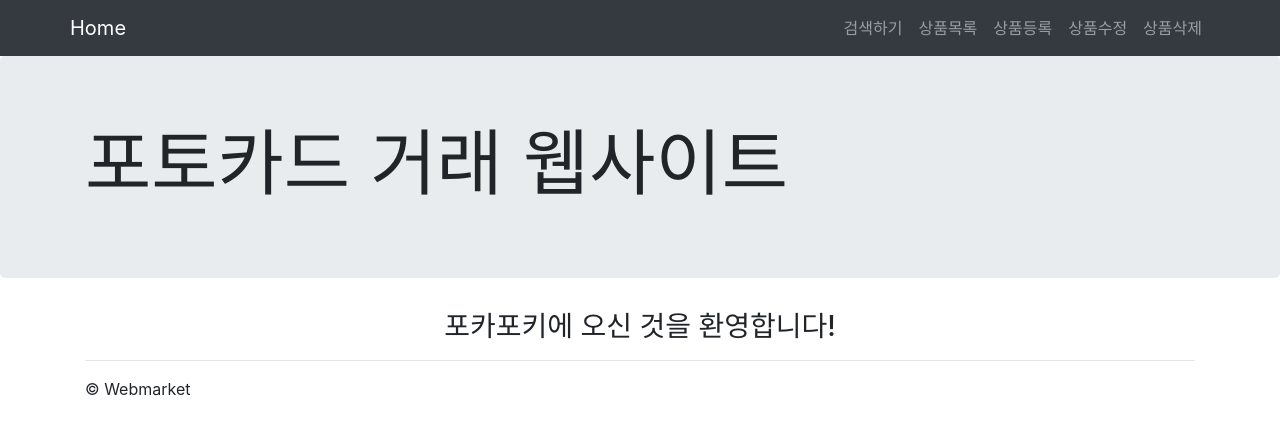
Repository: akwls/PokaPoki
Page: http://localhost/PokaPoki/Welcome.jsp
The author's editor kept a copy of each file at every save. The page is drawn from the files as they stood at one save, then again after the next save.
The browser window is 1280 px wide. The pictures show the whole page.
The page is served by Tomcat 9.

Above is the page before, as saved 2021-12-05 11:48:31.

After the next save:
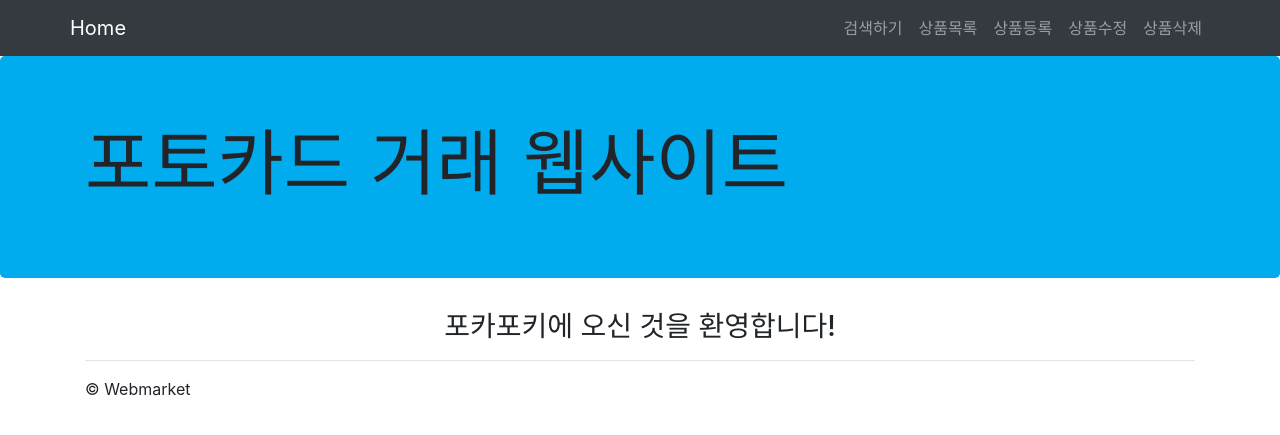
Saved 16 s later.
--- a/PokaPoki/WebContent/Welcome.jsp
+++ b/PokaPoki/WebContent/Welcome.jsp
@@ -13,7 +13,7 @@
 		String greeting = "포토카드 거래 웹사이트";
 		String tagline = "포카포키에 오신 것을 환영합니다!";
 	%>
-	<div class="jumbotron" style="backgroud-color: #00acee;">
+	<div class="jumbotron" style="background-color: #00acee;">
 		<div class="container">
 			<h1 class="display-3"><%= greeting %></h1>
 		</div>
